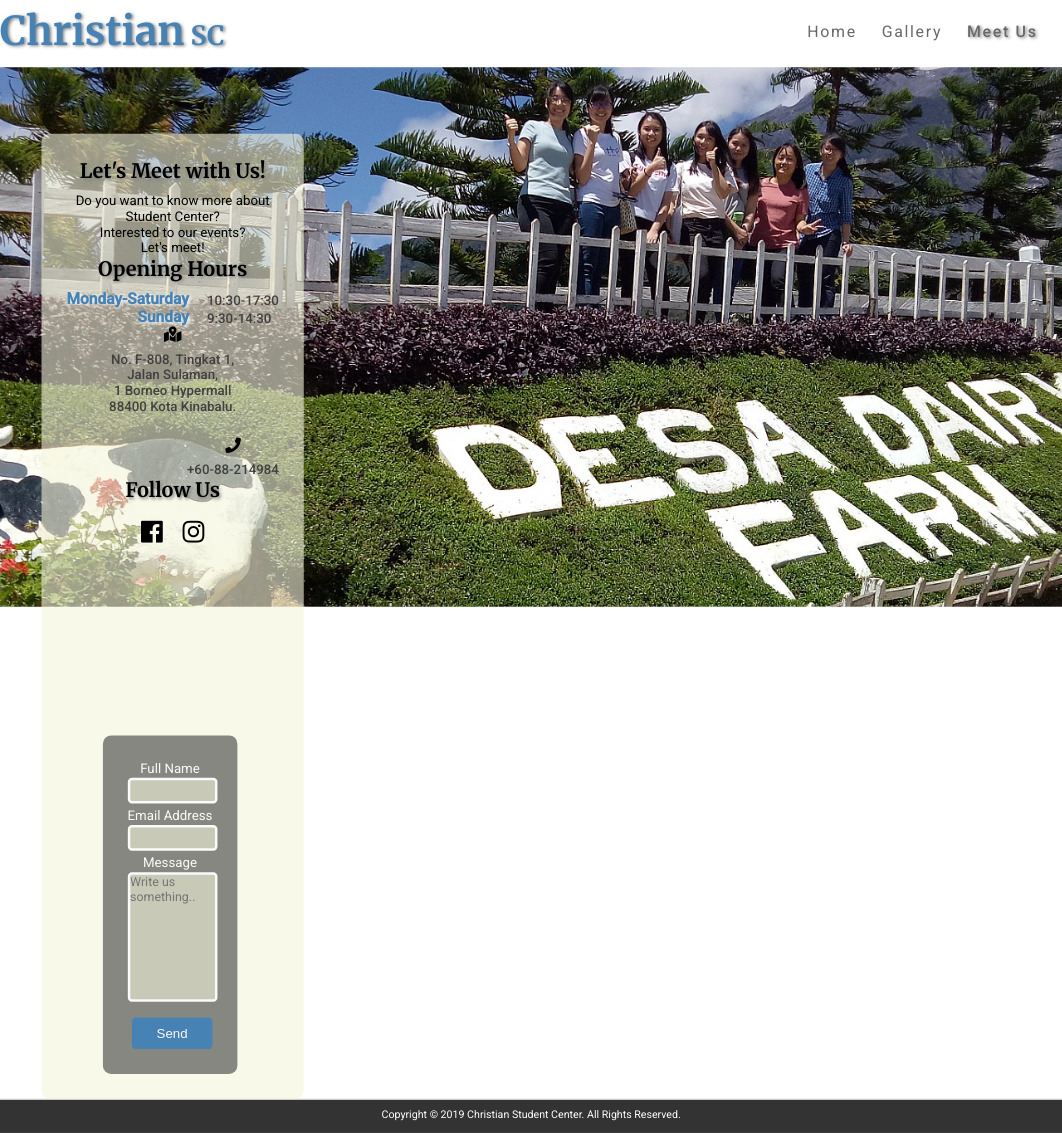
Repository: kongteckmee/christian-sc
Page: meet.html
The author's editor kept a record of every edit. The page is drawn from the files as they stood at one moment, then again after the next edit.
The browser window is 1280 px wide. The pictures show the whole page, at 83% of full size.
Some web libraries are served in a nearby version.

Above is the page before.

### meet.html
<!DOCTYPE html>
<html lang="en">

<head>
    <meta charset="UTF-8">
    <meta name="viewport" content="width=device-width, initial-scale=1.0">
    <meta http-equiv="X-UA-Compatible" content="ie=edge">
    <link rel="stylesheet" href="https://use.fontawesome.com/releases/v5.1.1/css/all.css" integrity="sha384-O8whS3fhG2OnA5Kas0Y9l3cfpmYjapjI0E4theH4iuMD+pLhbf6JI0jIMfYcK3yZ" crossorigin="anonymous">
    <link rel="stylesheet" href="assets/css/style.css" type="text/css" />
    <title>Christian Student Center</title>
</head>

<body>
    <header>
        <a id="logo" href="index.html">
            <h2><span style="font-size: 150%">Christian</span> SC</h2>
        </a>
        <nav>
            <ul id="scmenu">
                <li>
                    <a class="scactive" href="meet.html">Meet Us</a>
                </li>
                <li>
                    <a href="gallery.html">Gallery</a>
                </li>
                <li>
                    <a href="index.html">Home</a>
                </li>
            </ul>
        </nav>
    </header>
    <section id="meet">
        <div id="location">
            <h2>Let's Meet with Us!</h2>
            <p>Do you want to know more about Student Center?</p>
            <p>Interested to our events?</p>
            <p>Let's meet!</p>
            <div>
            <h2>Opening Hours</h2>
            <div id="day">
                <h3>Monday-Saturday</h3>
                <h3>Sunday</h3>
            </div>
            <div id="time">
                <p>10:30-17:30</p>
                <p>9:30-14:30</p>
            </div>
            <div id="address">
                <h3><i class="fas fa-map-marked-alt"></i></h3>
                <br>
                <p>No. F-808, Tingkat 1,</p>
                <p>Jalan Sulaman,</p>
                <p>1 Borneo Hypermall</p>
                <p>88400 Kota Kinabalu.</p>
            </div>
            <br>
            <div id="phone">
                <h3><i class="fas fa-phone"></i></h3>
                <br>
                <p>+60-88-214984</p>
            </div>
            <br>
            <div id="follow">
                <h2>Follow Us</h2>
                <nav>
                    <ul id="social">
                        <li><a href="https://www.facebook.com/thechurchinkk/" target="_blank"> <i class="fab fa-facebook"></i></a></li>
                        <li><a href="https://www.instagram.com/studentcenterkk/" target="_blank"> <i class="fab fa-instagram"></i></a></li>
                    </ul>
                </nav>
            </div>
        </div>
        <div id="form">
            <form>
                <label for="fullname">Full Name</label>
                <input class="place-input" type="text" name="full_name" id="fullname" required />
                <label for="email">Email Address</label>
                <input class="place-input" type="email" name="email_address" id="email" required />
                <label for="message">Message</label>
                <textarea class="place-input" id="message" name="message" placeholder="Write us something.." style="height:150px" required></textarea>
                <button type="submit">Send</button>
            </form>
        </div>
    </section>
    <footer>
        <div id="footer-copyright">
            <p>Copyright © 2019 Christian Student Center. All Rights Reserved.</p>
        </div>
    </footer>
</body>

</html>

### assets/css/style.css
@import url('https://fonts.googleapis.com/css?family=Merriweather:500,600,700|Roboto:300,400,500');

* {
    margin: 0;
    padding: 0;
    border: 0;
}

body {
    font-family: 'Roboto', sans-serif;
    color: #696969; /*Grey color */
}

/* ------------------------------------------------------ Header */

#logo {
    float: left;
    text-decoration: none;
}

#logo h2 {
    font-family: 'Merriweather', serif;
    font-size: 200%;
    color: #4682b4; /* Steel Blue color */
    text-shadow: 2px 2px 4px #808080;
}

#scmenu {
    font-size: 120%;
    list-style-type: none;
    letter-spacing: 2px;
}

#logo, #scmenu {
    line-height: 75px;
}

#scmenu li {
    float: right;
    margin-right: 30px;
}

#scmenu a {
    text-decoration: none;
    color: inherit;
}

#scmenu a:hover {
    color: #4682b4; /* Steel Blue color */
    font-weight: 500;
    text-shadow: 2px 2px 4px #808080;
}

.scactive {
    font-weight: 500;
    text-shadow: 2px 2px 4px #808080;
}

/* ------------------------------------------------------ Section: Welcome */

#scmeeting {
    height: 700px;
    width: 100%;
    background: url("../img/meeting-t.jpg") no-repeat center center;
}

#scgallery {
    height: 550px;
    width: 100%;
    background: url("../img/r_combined-t.jpg") no-repeat center center;
    margin-left: 140px;
    overflow: hidden;
}

#outing {
    height: 720px;
    width: 100%;
}

#photo img {
    width: 49%;
    margin-left: 4px;
}

#scmeetingrange {
    height: 700px;
    width: 100%;
    overflow: hidden;
}

#welcome-text {
    width: 400px;
    height: 220px;
    color: #fefcff; /* Milky white */
    background-color: rgba(212,175,55,.7);
    padding-top:20px;
    bottom: 35px; /* Fixed the welcome text box-bottom */
    right: 100px; /* Fixed the welcome text box-right */
    position: absolute;
}

#gallery-text {
    width: 350px;
    height: 350px;
    color: #fefcff; /* Milky white */
    background-color: rgba(219,112,147,.7);
    padding-top:20px;
    bottom: 200px;
    right: 940px;
    position: absolute;
}

#outing-text h1, #photo h1 {
    text-shadow: 2px 2px 4px #808080;
}

#video iframe {
    margin: 0 auto;
    display: block;
}

#welcome-text h1 {
    margin-bottom: 5px;
    font-size: 300%;
    font-family: 'Merriweather', serif;
    text-transform: uppercase;
    text-align: center;
    letter-spacing: 4px;
}

#gallery-text h1, #outing-text h1, #photo-text h1 {
    margin-top: 10px;
    margin-bottom: 20px;
    font-size: 250%;
    font-family: 'Merriweather', serif;
    /*text-transform: uppercase;*/
    text-align: center;
    letter-spacing: 4px;
}

hr {
    width: 80%;
    height: 3px;
    margin-left: auto;
    margin-right: auto;
    background-color:#fefcff; /* Milky white */
}

#welcome-text h3 {
    margin: 20px;
    font-size: 130%;
    font-weight: 300;
    text-align: center;
}

#gallery-text h3, #outing-text h3, #photo-text h3 {
    margin: 35px;
    font-size: 130%;
    font-weight: 300;
    text-align: center;
}

/* ------------------------------------------------------ Section: About */

#about {
    height: 500px;
}

#about h1 {
    margin-top: 30px;
    margin-bottom: 30px;
    font-family: 'Merriweather', serif;
    color: #4682b4; /* Steel Blue color */
    text-transform: uppercase;
    text-align: center;
    text-shadow: 2px 2px 4px #808080;
    font-size: 200%;
    letter-spacing: 1px;
}

#about h2 {
    font-family: 'Merriweather', serif;
    font-size: 130%;
    text-transform: uppercase;
    text-shadow: 2px 2px 4px #808080;
}

#left {
    margin-right: 30px;
    padding-top: 30px;
    width: 30%;
    float: left;
}

#right {
    margin-right: 30px;
    padding-top: 30px;
    width: 30%;
    float: right;
}

#center {
    padding-top: 30px;
    width: 33%;
    margin: 0 auto; /* center the div */
}

br {
    display: block;
    content: "";
    margin: 2em;
    font-size: 24%; /* spacing */
}

.left-right-side {
    width: 50%;
    float: right;
    padding-top: 40px;
    clear: both;
    margin-left: 20px;
    margin-bottom: 50px;
}

.middle {
    width: 50%;
    float: right;
    padding-top: 40px;
    margin-right: 20px;
}

#container {
    width: 150px;
    height: 150px;
    border: 3px solid #cccccc;
    border-radius: 50%;
    margin-left: 20px;
    margin-bottom: 20px;
}

#contain-study {
    background: url("../img/study-group.jpg") no-repeat center center;
    height: 100%;
    border-radius: 50%;
}

#contain-wifi {
    background: url("../img/free-wifi.jpg") no-repeat center center;
    height: 100%;
    border-radius: 50%;
}

#contain-seminar {
    background: url("../img/truth-seminar.jpg") no-repeat center center;
    height: 100%;
    border-radius: 50%;
}

#contain-bible {
    background: url("../img/bible-study.jpg") no-repeat center center;
    height: 100%;
    border-radius: 50%;
}

#contain-cafe {
    background: url("../img/cafe.jpg") no-repeat center center;
    height: 100%;
    border-radius: 50%;
}

#contain-books {
    background: url("../img/spiritual-book.jpg") no-repeat center center;
    height: 100%;
    border-radius: 50%;
}

/* ------------------------------------------------------ Section: Event */

#event {
    height: 250px;
    /*background-color: #a9a9a9;*/
}

#event div {
    color: #ffebcd;
    width: 19.2%;
    height: 90%;
    float: left;
    padding-top: 30px;
    text-align: center;
    margin: 5px;
}

#event h2 {
    color: #ffffff;
    font-family: 'Merriweather', serif;
    margin-bottom: 20px;
}

#event h3 {
    margin-top: 20px;
    font-weight: 400;
}

.black {
    background-color: rgba(48,48,48,.8);
}

.black h2 {
    line-height: 120px;
    text-transform: uppercase;
    text-shadow: 5px 5px 0px rgba(0,0,0,0.2);
}

.black h3 {
    color: #ffffff;
    font-size: 200%;
    text-shadow: 5px 5px 0px rgba(0,0,0,0.2);
}

.grey {
    background-color: rgba(105,105,105,.8);
}

.green {
    background-color: rgba(102,102,0,.8);
}

/* ------------------------------------------------------ Meet Us page */

#meet {
    height: 650px;
    width: 100%;
    clear: both;
    background: url("../img/desa.jpg") no-repeat center center;
}

#location {
    width: 20%;
    margin: 80px 0 0 50px;
    padding: 30px 30px 30px 30px;
    float: left;
    background-color: rgba(245,245,220,0.6);
    border-radius: 10px;
    color: #000;
    text-align: center;
}

#location h2 {
    font-family: 'Merriweather', serif;
    text-shadow: 2px 2px 4px #808080;
    margin-bottom: 10px;
}

#open {
    padding-top: 30px;
}

#day{
    float: left;
    text-align: right;
}

#day h3 {
    color: #4682b4;
    text-shadow: 2px 2px 4px #fff;
}

#time {
    float: right;
    text-align: left;
    color: #404040;
}

#time p {
    margin-top: 3px;
    font-weight: 500;
}

#address {
    clear: both;
    margin-top: 20px;
}

#address h3 {

}

#phone {
    float: right;
    margin-top: 20px;
}

#contact p, #address p, #phone p {
    font-weight: 500;
    color: #404040;
}

#follow {
    clear: both;
    margin-top: 20px;
}

#social li {
    display: inline;
}

#social i {
    font-size: 30px;
    margin: 10px;
    color: #000;
}

#social i:hover {
    color: #4682b4;
}

#form {
    width: 40%;
    margin: 220px 50px 0 0;
    padding: 30px 30px 30px 30px;
    float: right;
    background-color: rgba(60,60,60,0.6);
    border-radius: 10px;
    color: #fafafa;
}

.place-input {
    background-color: rgba(245,245,220,0.6);
    width: 100%;
    height: 25px;
    margin: 2px 0 5px 0;
    border: 3px solid #fafafa;
    border-radius: 5px;
    font-family: 'Roboto', sans-serif;
    font-size: 15px;
}

.place-input:hover {
    border-color: #4682b4;
}

textarea {
    resize: none;
}

button {
    background-color: #4682b4;
    margin-top: 10px;
    padding: 10px 30px 10px 30px;
    border-radius: 5px;
    color: #fafafa;
    font-size: 100%;
    text-align: center;
    display: block;
    float: right;
}

button:hover {
    background-color: #fafafa;
    color: #4682b4;
}

/* ------------------------------------------------------ Footer */

footer {
    /*margin-top: 5px;*/
    border-top: 1px solid #fff;
    height: 40px;
    width: 100%;
    background-color: #333333;
    clear: both;
}

footer #footer-copyright {
    color: #fff;
    line-height: 35px;
    font-size: 80%;
    text-align: center;
}

After the next edit:
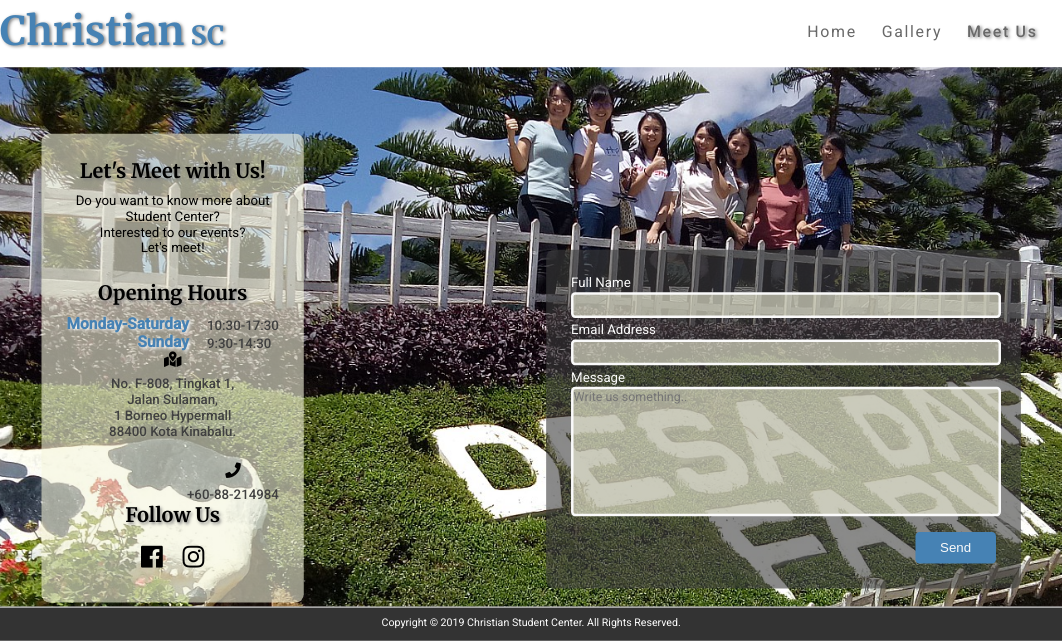
The edit:
--- a/meet.html
+++ b/meet.html
@@ -35,15 +35,16 @@
             <p>Do you want to know more about Student Center?</p>
             <p>Interested to our events?</p>
             <p>Let's meet!</p>
-            <div>
-            <h2>Opening Hours</h2>
-            <div id="day">
-                <h3>Monday-Saturday</h3>
-                <h3>Sunday</h3>
-            </div>
-            <div id="time">
-                <p>10:30-17:30</p>
-                <p>9:30-14:30</p>
+            <div id="open">
+                <h2>Opening Hours</h2>
+                <div id="day">
+                    <h3>Monday-Saturday</h3>
+                    <h3>Sunday</h3>
+                </div>
+                <div id="time">
+                    <p>10:30-17:30</p>
+                    <p>9:30-14:30</p>
+                </div>
             </div>
             <div id="address">
                 <h3><i class="fas fa-map-marked-alt"></i></h3>
